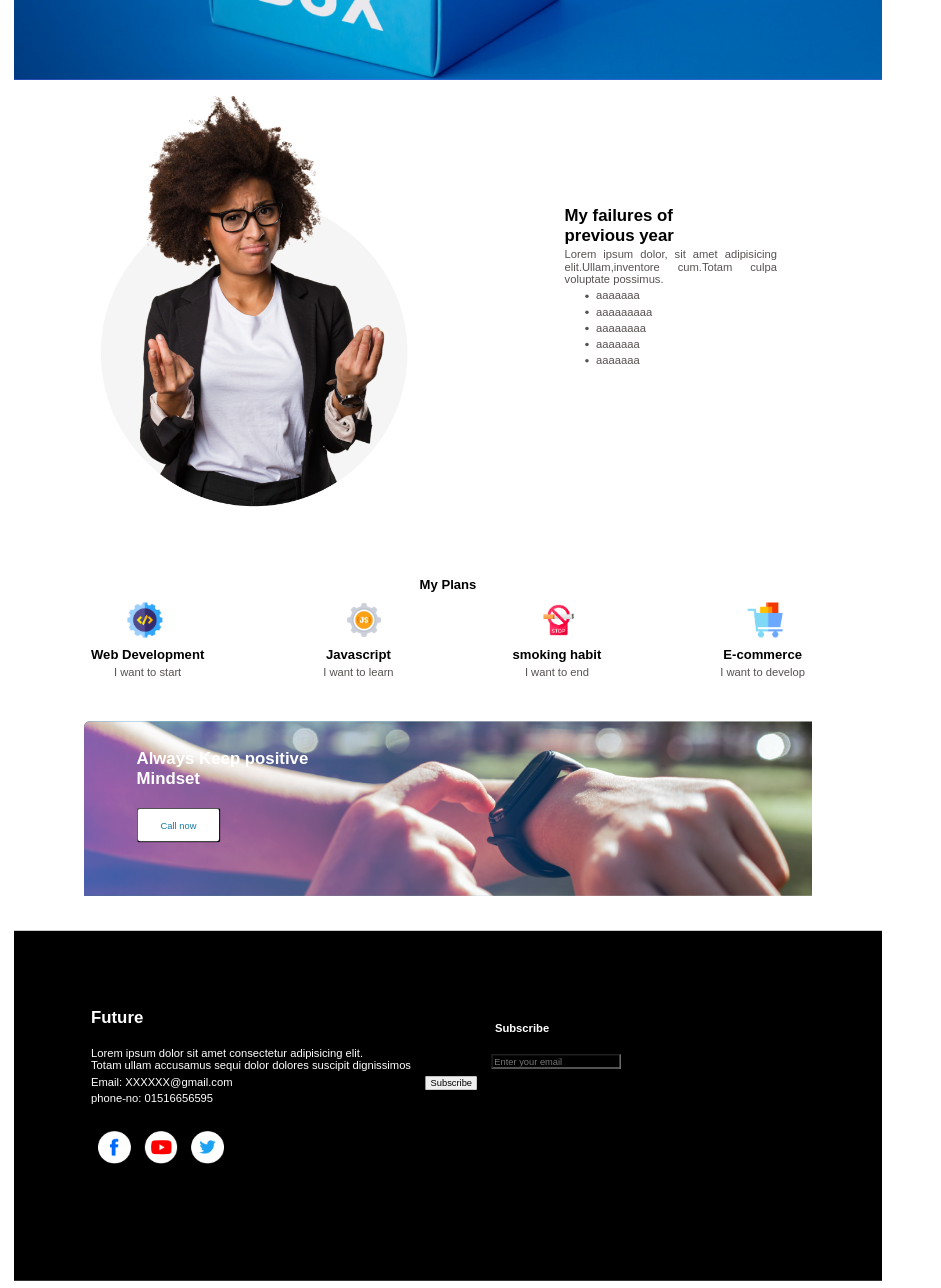
Repository: sadiaafsana138/All-Thinks-Are-Possible-Website
Page: index.html
These files come from the project's save history. The page is drawn as it stood at one moment and after the next save; the edit follows.
The browser window is 1280 px wide. The page is 1344 px wide, so the pictures cover 1344 px, including what lies to the right of the window. The pictures show the part of the page from y = 704 to 2544 px (the page is 2544 px tall), at 70% of full size.

Above is the page before, as saved 2023-01-08 14:44:47.

### index.html
<!DOCTYPE html>
<html lang="en">

<head>
    <meta charset="UTF-8">
    <meta http-equiv="X-UA-Compatible" content="IE=edge">
    <meta name="viewport" content="width=device-width, initial-scale=1.0">
    <title>First Website</title>
    <link rel="stylesheet" href="styles/web.css">
</head>

<body>
    <!-- header -->
    <header>
        <section class="section1">
            <div>
                <h1 id="head-text1">
                    All Thinks Are<br>Possible If You<br>believe
                </h1>
                <p id="head-text2">Lorem ipsum dolor sit consectetur adipisicing<br>elit.Veritatis quisquam
                    necessitatibus <br>quod rem vel modi laboriosam doloribus<br>laborum dolorem?
                </p>
                <button id="button1">
                    Contact Us
                </button>
            </div>
        </section>
    </header>
    <main>
        <!--second section-->
        <section class="section2">
            <div id="sec2details">
                <img id="sec2img" src="images/person.png" alt="person">
                <div id="sec2text">
                    <h2>
                        My failures of <br>
                        previous year
                    </h2>
                    <p class="text2">Lorem ipsum dolor, sit amet adipisicing
                        elit.Ullam,inventore cum.Totam culpa voluptate possimus.
                    <ul class="text2">
                        <li>aaaaaaa</li>
                        <li>aaaaaaaaa</li>
                        <li>aaaaaaaa</li>
                        <li>aaaaaaa</li>
                        <li>aaaaaaa</li>
                    </ul>
                    </p>
                </div>
            </div>
        </section>

        <!--section 3-->
        <section class="section3">
            <h3>
                My Plans
            </h3>
            <div id="sec3details">

                <div>
                    <img class="img3" src="images/icons/web.png" alt="" ><br>
                    <H3>Web Development</H3>
                    <p class="text3">I want to start</p>
                </div>
                <div>
                    <img class="img3" src="images/icons/js.png" alt="" ><br>
                    <H3>Javascript</H3>
                    <p class="text3">I want to learn</p>
                </div>
                <div>
                    <img class="img3" src="images/icons/smoke.png" alt="" ><br>
                    <H3>smoking habit</H3>
                    <p class="text3">I want to end</p>
                </div>
                <div>
                    <img class="img3" src="images/icons/ecom.png" alt="" ><br>
                    <H3>E-commerce</H3>
                    <p class="text3">I want to develop</p>
                </div>
            </div>
            <div id="mindset">

                <div id="mindsetxt">
                    <h1>Always Keep positive
                        <br>Mindset
                    </h1><br>
                    <button id="button2">Call now</button>
                </div>
            </div>
        </section>

    </main>
    <footer>
        <Section class="Footer">
            <div id="footerdetails">
                <h2>Future</h2><br>
                <p class="text4">Lorem ipsum dolor sit amet consectetur adipisicing elit.<br>Totam ullam accusamus sequi dolor dolores
                    suscipit dignissimos
                </p>
                <p class="text4">Email: XXXXXX@gmail.com</p>
                <P class="text4">phone-no: 01516656595</P><br>
                <ul>
                    <li><img src="images/icons/fb.png" alt=""></li>
                    <li><img src="images/icons/youtube.png" alt=""></li>
                    <li><img src="images/icons/twitter.png" alt=""></li>
                </ul>
                </div>
                <div id="footerdetails2">
                    <h4 id="subscribe">Subscribe</h4> <br>
                    <input id="email" type="email" placeholder="Enter your email">
                <br>
                    <button Id="button3">Subscribe</button>
                </div>
        </Section>
    </footer>
</body>

</html>

### styles/web.css
*{
margin: 5px 5px ;
font-family: Arial, Helvetica, sans-serif;
}
.section1{
    background-image:url(../images/banner/banner3.png);
    height: 808px;
    width:cover;
    background-repeat: no-repeat;
    background-color: blue;

}
#head-text1{
    color: white;
    padding-left: 50% ;
    padding-right:5%;
    padding-top: 20%;
    text-align: right;
    Font-style: Bold;
}
#head-text2{
    color: white;
    padding-left: 50% ;
    padding-right:5%;
    text-align: right;
}
#button1{
    margin-top: 10px;
    width: 160px;
    height: 56px;
    left: 640px;
    top: 438px;
    text-align: center;
    align-items: right;
    background: white;
    border-radius: 5px;
    margin-right: 150px;
    margin-left: 82%;
    align-content: right;
}
#sec2details{
    display: flex;
    width: 1000px;
    height: 700px;
    margin-left: 100px;
    margin-right: 100px;
}
#sec2img{
    align-items: center;

    margin-bottom:20%;
    height: 600px;
    width: 500px;
}
#sec2text{
        text-align: justify;
        margin-left:20%;
        margin-top: 17%;
        margin-bottom: 20%;
}
#sec2details ul.text2,p.text2{
    color:rgb(88, 81, 81);
    font-size:10;
}
.section3 h3{
    text-align: center;
}
#sec3details{
    display: flex;
    justify-content: space-between;
    margin-left: 100px;
    margin-right: 100px;
}
#sec3details p.text3{
    color:rgb(88, 81, 81);
    text-align: center;
}
#sec3details img.img3{
    padding-left: 30%;
    height: 50px;
    width: 50px;
}
#mindset{
    margin-left: 100px;
    margin-right: 100px;
    background-image: url(../images/gradient1.png) ,url(../images/watch.png);
    background-repeat: no-repeat, repeat;
    background-blend-mode:lighten;
    height: 250px;
}
#mindsetxt h1{
    text-align: left;
    margin-left: 70px;
    margin-top: 50px;
    padding-top: 40px;
    color: white;
}
#button2{
    margin-top: 5px;
    width: 120px;
    height: 50px;
    text-align: center;
    align-items: left;
    background: white;
    border-radius: 5px;
    margin-left: 70px;
    align-content:left;
    color: rgb(20, 124, 165);

}
.Footer{
    margin-top: 50px;
    height: 500px;
    width: cover;
    background-color: black;
    display: flex;
}
#footerdetails h2{
    padding-top: 100px;
    color: white;
    text-align:left;
    padding-left: 100px;
}
#footerdetails p.text4{
    color: white;
    text-align:left;
    padding-left: 100px;
}
#footerdetails ul{
    display: flex;
    list-style: none;
    padding-left: 100px;
}
#subscribe{
    color: white;
    padding-top: 120px;
    text-align:left;
    padding-left: 100px;
}
#email{
    text-align:left;
    margin-left: 100px;
    background-color: black;
    color: white;
}

After the next save:
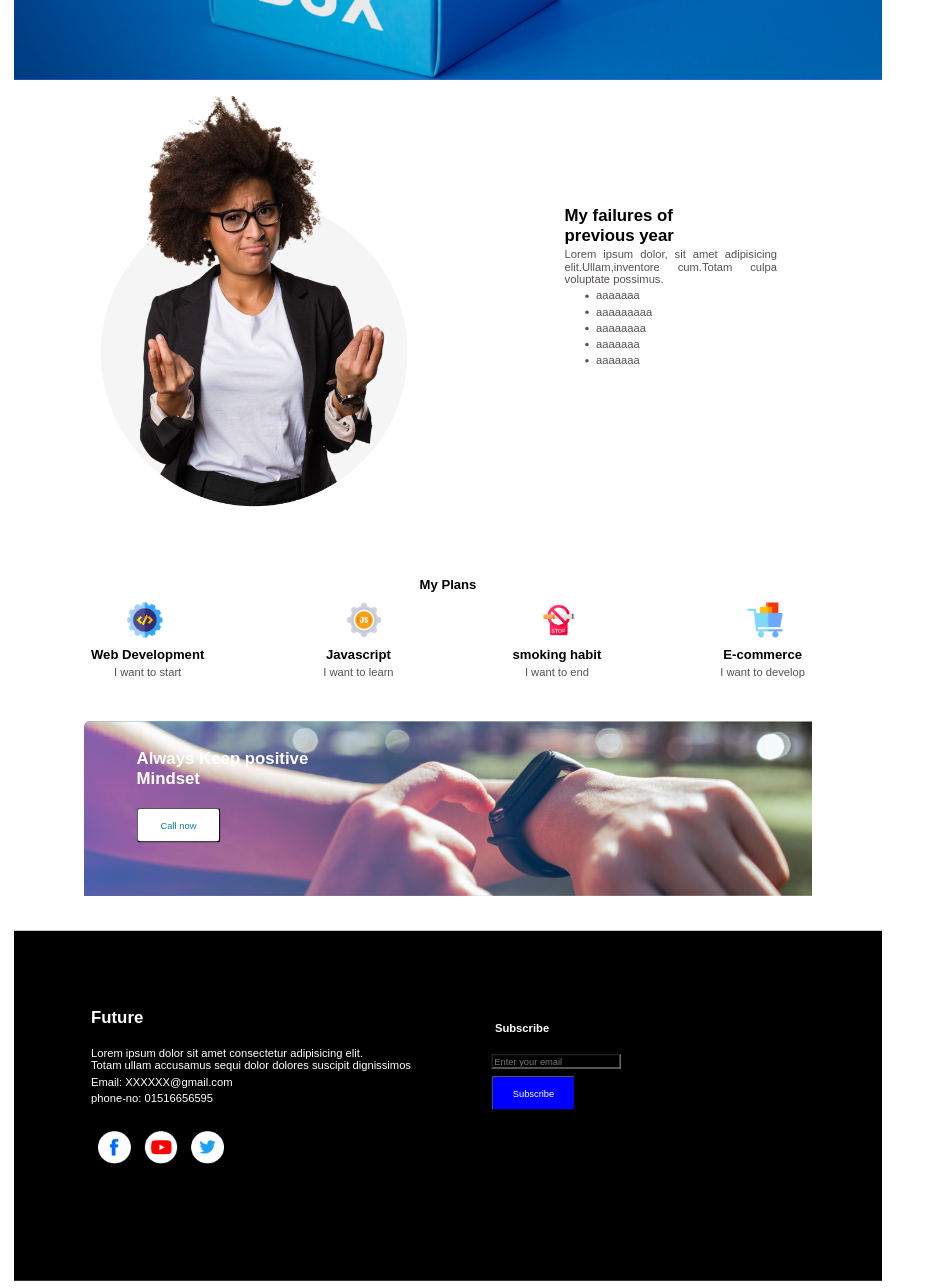
Saved 2 min 42 s later.
--- a/styles/web.css
+++ b/styles/web.css
@@ -143,3 +143,15 @@ font-family: Arial, Helvetica, sans-serif;
     background-color: black;
     color: white;
 }
+#button3{
+    margin-top: 5px;
+    width: 120px;
+    height: 50px;
+    text-align: center;
+    align-items: left;
+    background:blue;
+    border-radius: 5px;
+    margin-left: 100px;
+    align-content:left;
+    color:white;
+}
